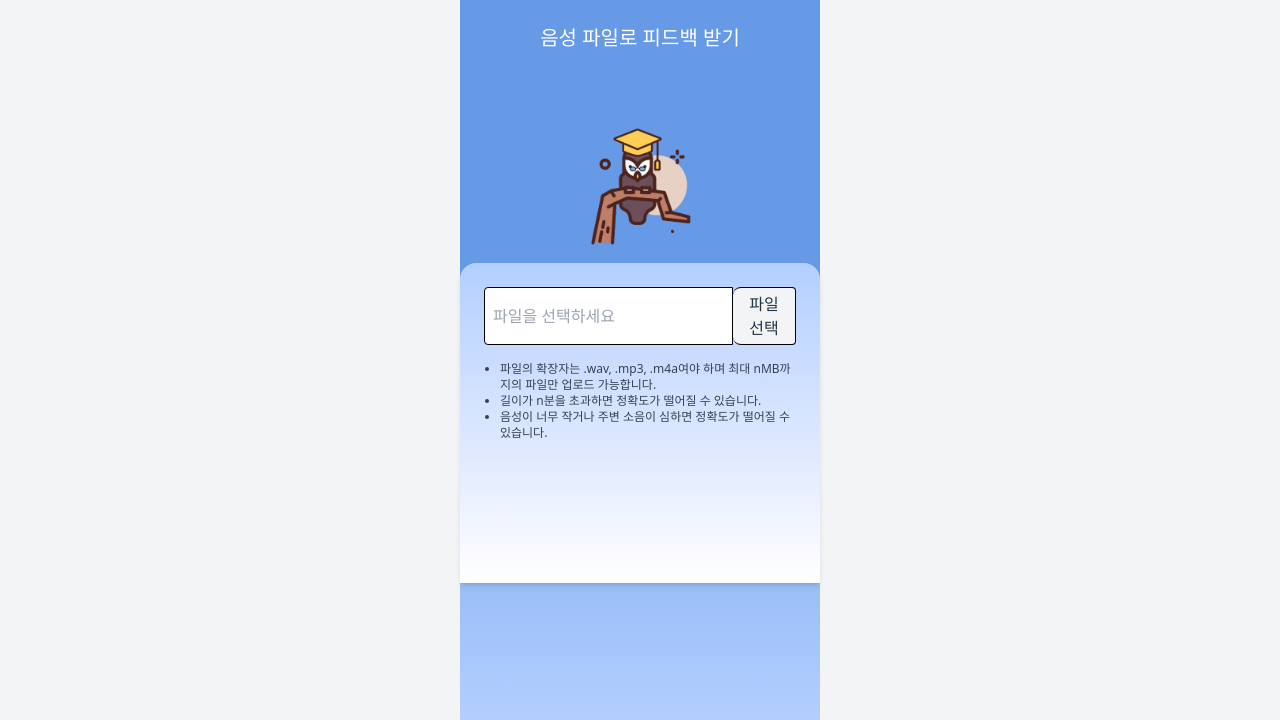
Repository: yurim1205/mini_front
Page: /file (app in frontend/)
An editor plug-in stored every save of this project. The page is shown before and after the next save, followed by the edit.
The browser window is 1280 px wide. The pictures show the whole page.
The project was rebuilt for these pictures with package versions that can differ from the ones it lists, and the page was loaded fresh each time. Also part of the build but not shown: frontend/vite.config.js, frontend/src/components/common/Button.jsx, frontend/src/components/buttons/fileFeedbackBtn.jsx, frontend/src/components/buttons/rec_FeedbackBtn.jsx, frontend/src/pages/home.jsx.

Above is the page before, as saved 2025-05-13 17:46:07.

### frontend/src/App.jsx
import { BrowserRouter, Routes, Route } from 'react-router-dom';
import Home from './pages/home';
import FileFeedback from './pages/fileFeedback';
import RecordFeedback from './pages/recordFeedback';

function App() {
  return (
    <BrowserRouter>
      <Routes>
        <Route path="/" element={<Home />} />
        <Route path="/file" element={<FileFeedback />} />
        <Route path="/record" element={<RecordFeedback />} />
      </Routes>
    </BrowserRouter>
  );
}

export default App;

### frontend/src/pages/fileFeedback.jsx
import React from "react";
import { useNavigate } from "react-router-dom";
import owlImg from "../assets/img/owl.png"; // 부엉이 이미지 경로에 맞게 수정

function FileUploadPage() {
  const navigate = useNavigate();

  return (
    <div className="w-screen h-screen flex justify-center items-center bg-gray-100">
      <div
        className="relative h-screen flex flex-col items-center max-w-[360px] w-full"
        style={{
          background: "linear-gradient(to bottom, #6699E6 0%, #6699E6 40%, #b3cfff 100%)"
        }}
      >
        <div className="flex items-center w-full px-4 pt-6">
          {/* <button onClick={() => navigate(-1)} className="text-2xl mr-2">{'←'}</button> */}
          <span className="text-xl font-semibold mx-auto text-white">음성 파일로 피드백 받기</span>
        </div>

        <img
          src={owlImg}
          alt="owl"
          className="w-32 mx-auto mt-16 "
        />

        <div
          className="rounded-t-2xl rounded-b-none shadow-md w-full px-6 py-6 mt-2 flex flex-col items-center min-h-[320px]"
          style={{
            background: "linear-gradient(to bottom, #b3cfff 0%, #e0eaff 60%, #fff 100%)"
          }}
        >
          {/* 파일 업로드 부분 */}
          <div className="flex w-full mb-4">
            <input
              type="text"
              className="border border-black rounded-l px-2 py-1 flex-1"
              placeholder="파일을 선택하세요"
              readOnly
            />
            <button className="border border-black border-l-0 rounded-r px-4 py-1 bg-gray-100">
              파일 선택
            </button>
          </div>
          <ul className="text-xs text-gray-700 w-full list-disc pl-4">
            <li>파일의 확장자는 .wav, .mp3, .m4a여야 하며 최대 nMB까지의 파일만 업로드 가능합니다.</li>
            <li>길이가 n분을 초과하면 정확도가 떨어질 수 있습니다.</li>
            <li>음성이 너무 작거나 주변 소음이 심하면 정확도가 떨어질 수 있습니다.</li>
          </ul>
        </div>
      </div>
    </div>
  );
}

export default FileUploadPage;

### frontend/src/pages/recordFeedback.jsx
import { useNavigate } from 'react-router-dom';

function RecordFeedback() {
    const navigate = useNavigate();

    return(
df
    )
}

export default RecordFeedback;

### frontend/tailwind.config.js
/** @type {import('tailwindcss').Config} */
export default {
    content: [
      "./index.html",
      "./src/**/*.{js,ts,jsx,tsx}",
    ],
    theme: {
      extend: {
        colors:{
          'main-top': '#6699E6',
          'main-bottom': '#0A27E5',
        }
      },
    },
    plugins: [],
  }

Loaded but not shown: frontend/index.html (common file); frontend/src/main.jsx (common file); frontend/src/index.css (common file)

After the next save:
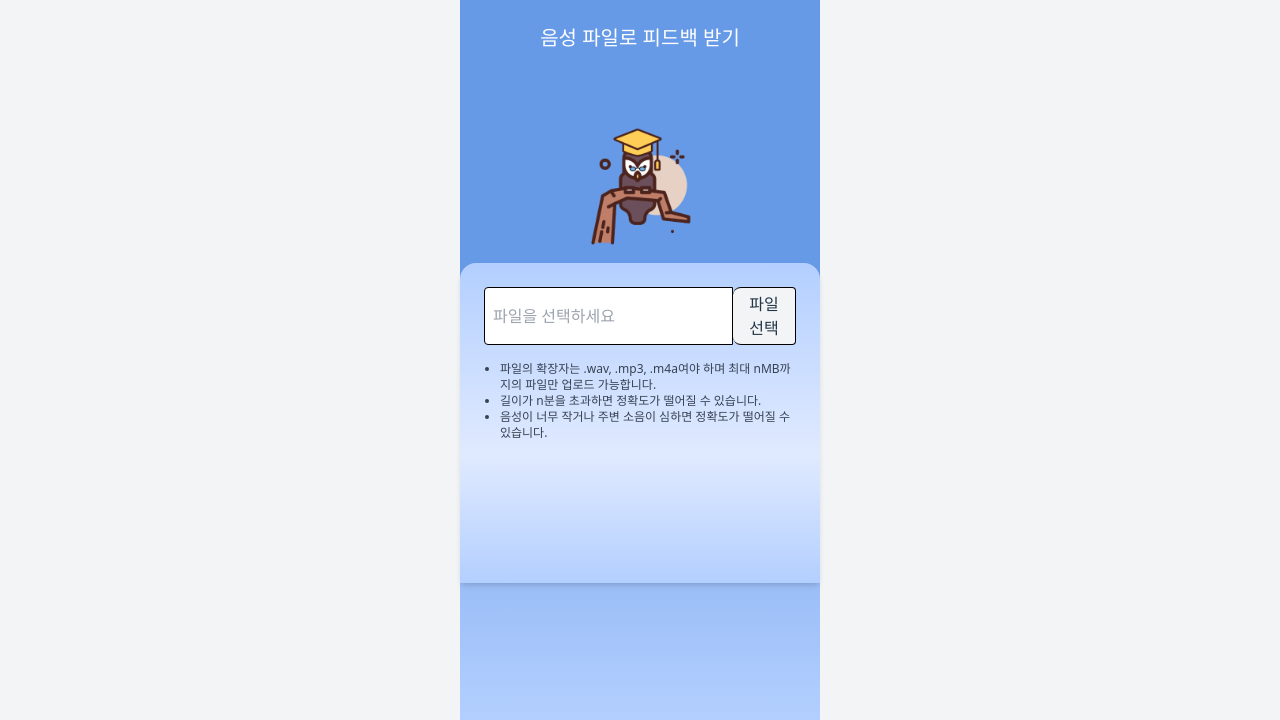
Saved 6 s later.
--- a/frontend/src/pages/fileFeedback.jsx
+++ b/frontend/src/pages/fileFeedback.jsx
@@ -27,7 +27,7 @@
         <div
           className="rounded-t-2xl rounded-b-none shadow-md w-full px-6 py-6 mt-2 flex flex-col items-center min-h-[320px]"
           style={{
-            background: "linear-gradient(to bottom, #b3cfff 0%, #e0eaff 60%, #fff 100%)"
+            background: "linear-gradient(to bottom, #b3cfff 0%, #e0eaff 60%, #b3cfff 100%)"
           }}
         >
           {/* 파일 업로드 부분 */}

After the save that followed:
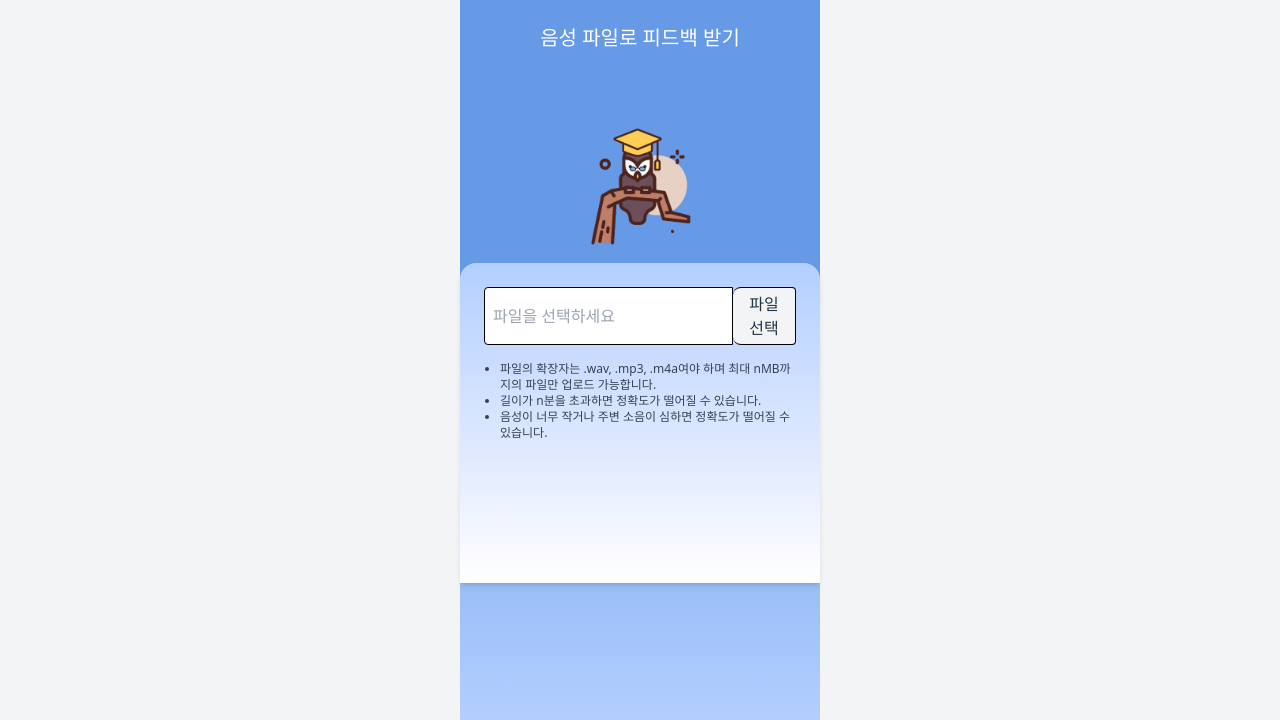
Saved 7 s later.
--- a/frontend/src/pages/fileFeedback.jsx
+++ b/frontend/src/pages/fileFeedback.jsx
@@ -27,7 +27,7 @@
         <div
           className="rounded-t-2xl rounded-b-none shadow-md w-full px-6 py-6 mt-2 flex flex-col items-center min-h-[320px]"
           style={{
-            background: "linear-gradient(to bottom, #b3cfff 0%, #e0eaff 60%, #b3cfff 100%)"
+            background: "linear-gradient(to bottom, #b3cfff 0%, #e0eaff 60%, #fff 100%)"
           }}
         >
           {/* 파일 업로드 부분 */}
